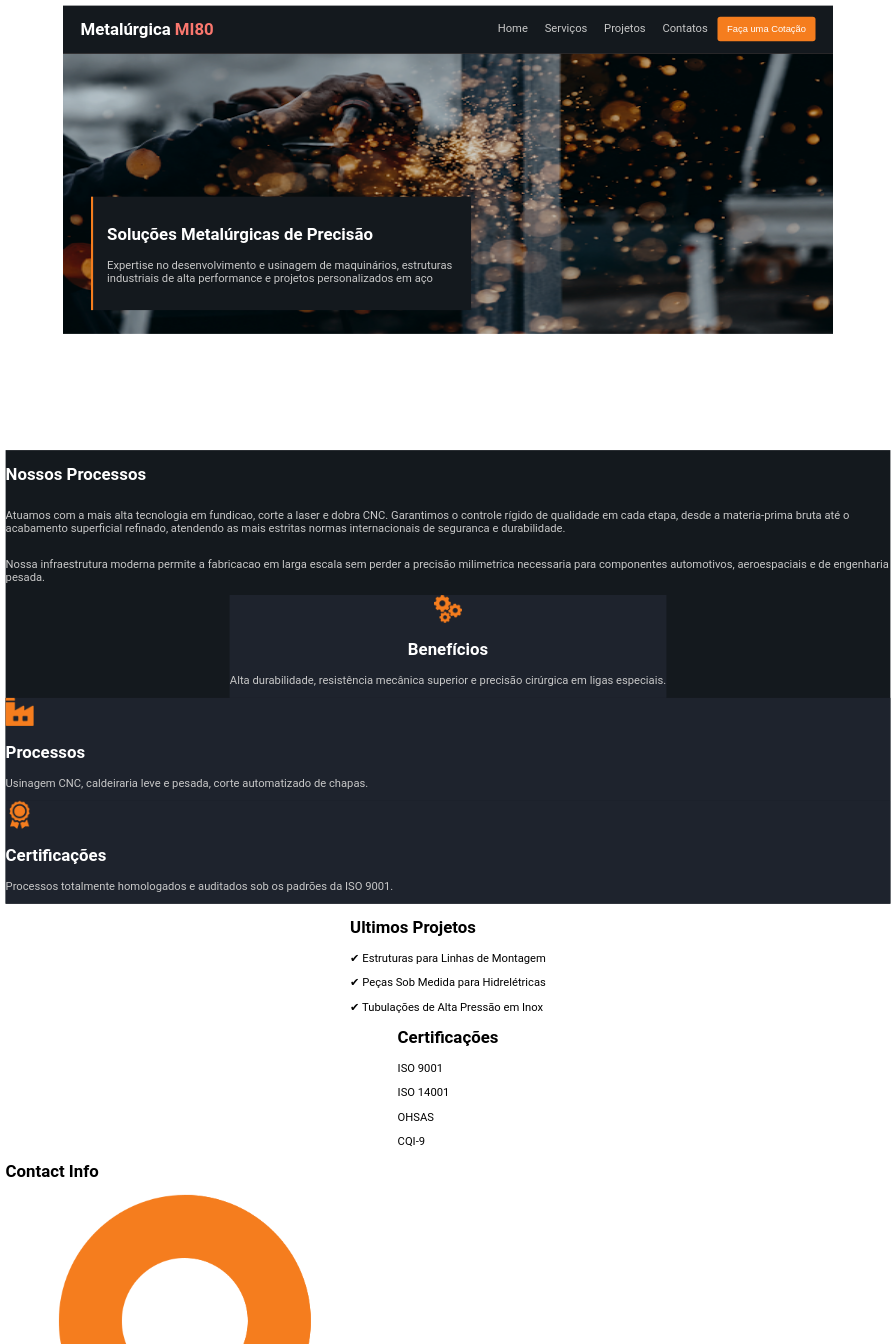
Repository: guiCherpinski/landing-page-metalurgica
Page: index.html
The author's editor kept a copy of each file at every save. The page is drawn from the files as they stood at one save, then again after the next save.
The browser window is 1280 px wide. The pictures show the part of the page from y = 0 to 1920 px (the page is 4657 px tall), at 70% of full size.

Above is the page before, as saved 2026-06-03 20:19:03.

### index.html
<!DOCTYPE html>
<html lang="pt-br">
<head>
    <meta charset="UTF-8">
    <meta name="viewport" content="width=device-width, initial-scale=1.0">
    <title>Metalúrgica</title>
    <link rel="stylesheet" href="style.css">
</head>
<body>
    <header>
        <nav>
            <h1>Metalúrgica <span>MI80</span></h1>

            <div class = "buttons">
                <a href="/">Home</a>
                <a href="/">Serviços</a>
                <a href="/">Projetos</a>
                <a href="/">Contatos</a>
                <button>Faça uma Cotação</button>
            </div>
        </nav>
    </header>

    <main>
        <section class = "hero-section">
            <img src="./img/homem-serrando.png" alt="Foto de um Soldador">
            <div class = "text-hero">
                <h2>Soluções Metalúrgicas de Precisão</h2>
                <p>Expertise no desenvolvimento e usinagem de maquinários, estruturas industriais de alta performance e projetos personalizados em aço</p>
            </div>
        </section>
    </main>

    <section class = "our-process">

        <h2>Nossos Processos</h2>

        <p>Atuamos com a mais alta tecnologia em fundicao, corte a laser e dobra CNC. Garantimos o
            controle rígido de qualidade em cada etapa, desde a materia-prima bruta até o acabamento
            superficial refinado, atendendo as mais estritas normas internacionais de seguranca e
            durabilidade.
        </p>

        <p>Nossa infraestrutura moderna permite a fabricacao em larga escala sem perder a precisão
            milimetrica necessaria para componentes automotivos, aeroespaciais e de engenharia
            pesada.
        </p>

        <article class = "article-benefits">
            <img src="./img/settings-gears.png" alt="Icone de engrenagens">
            <h2>Benefícios</h2>
            <p>Alta durabilidade, resistência mecânica superior e precisão cirúrgica em ligas especiais.</p>
        </article>

        <article class = "article-process">
            <img src="./img/industry.png" alt="Icone de industria">
            <h2>Processos</h2>
            <p>Usinagem CNC, caldeiraria leve e pesada, corte automatizado de chapas.</p>
        </article>

        <article class = "article-certificates">
            <img src="./img/medal.png" alt="Icone de medalha">
            <h2>Certificações</h2>
            <p>Processos totalmente homologados e auditados sob os padrões da ISO 9001.</p>
        </article>
    </section>

    <section class = "last-projects">
        <h2>Ultimos Projetos</h2>
        <p>✔ Estruturas para Linhas de Montagem </p>
        <p>✔ Peças Sob Medida para Hidrelétricas</p>
        <p>✔ Tubulações de Alta Pressão em Inox</p>
    </section>

    <section class = "certificates">
        <h2>Certificações</h2>
        <p>ISO 9001</p>
        <p>ISO 14001</p>
        <p>OHSAS</p>
        <p>CQI-9</p>
    </section>


    <footer class = "rodape">
        <section>
            <h2>Contact Info</h2>

            <article>
                <img src="./img/placeholder.png" alt="Icone pin">
                <p>Setor Industrial, Galpão 04</p>
            </article>

            <article>
                <img src="./img/phone-call.png" alt="Icone de telefone">
                <p>(31) 6553-3352</p>
            </article>

            <article>
                <img src="./img/email.png" alt="Icone email">
                <p>contato@metalurgica-exemplo.com</p>
            </article>
        </section>

        <section>
            <h2>Quick Links</h2>
            <p>Política de Privacidade</p>
            <p>Trabalhe Conosco</p>
            <p>Portal do Cliente</p>
        </section>

        <section>
            <h2>Social Media</h2>
            <img src="./img/linkedin.png" alt="Icone linkedin">
            <img src="./img/instagram.png" alt="Icone instagram">
            <img src="./img/facebook.png" alt="Icone facebook">
            <img src="./img/youtube.png" alt="Icone youtube">
        </section>
    </footer>


</body>
</html>

### style.css
body{
    font-family: 'Roboto' , sans-serif;
    justify-items: center;
    /*background: #0A0A14;*/
}

header{
    background: #14191E;
    width: 1100px;
    border-bottom: 1px solid #2D2929;
}

header h1{
    color: white;
}

header h1 span {
    color: #FA776E;
}

header nav {
    display: flex;
    align-items: center;
    justify-content: space-between;
    margin-left: 25px;
    margin-right: 25px;
}

header nav a {
    margin-left: 10px;
    margin-right: 10px;
    text-decoration: none;
    color: #C8C8C8;
}


header button {
    width:140px;
    height: 35px;
    background: #F57D1E;
    border: none;
    border-radius: 4px;
    color: white;
}

header button:hover{
    cursor: pointer;
    background:#CC5500;
}

.hero-section img{
    width: 1100px;
    height: 400px;
}

.text-hero{
    background: #14191E;
    border-left: 3px solid #F57D1E;
    width: 500px;
    padding: 20px;
    position: relative;
    bottom: 200px;
    left: 40px;
}

.text-hero h2{
    color: white;
}

.text-hero p{
    color: #c8c8c8;
}

.our-process{
    display: grid;
    background: #14191E;
}

.our-process h2{
    color: white;
}

.our-process p{
    color: #c8c8c8;
}

.our-process img{
    width: 40px;
    height: 40px;
}

.article-benefits{
    background: #1E232D;
    justify-items: center;
    justify-self: center;
    align-items: center;
}

.article-process{
    background: #1E232D;
}

.article-certificates{
    background: #1E232D;
}

After the next save:
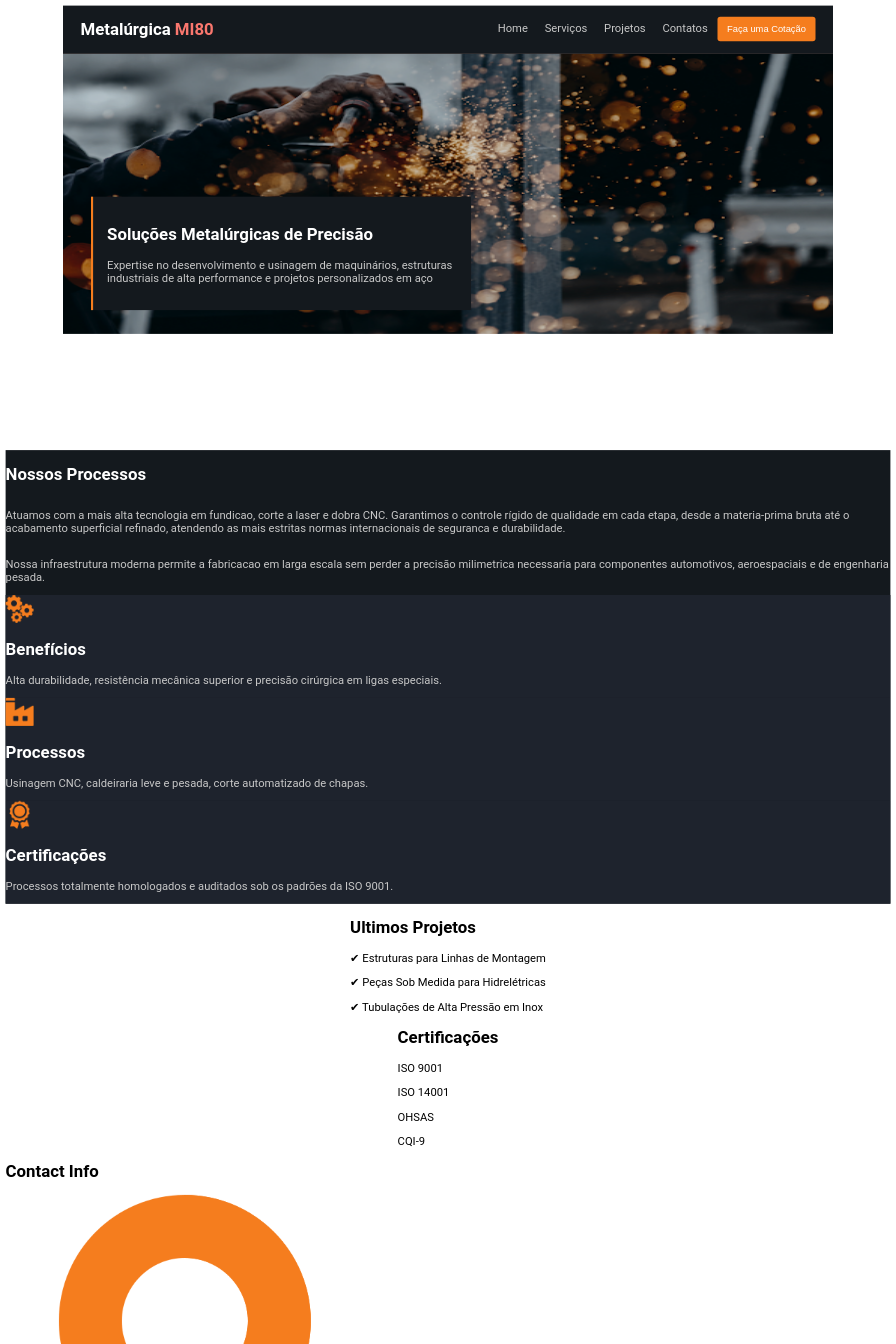
Saved 7 s later.
--- a/style.css
+++ b/style.css
@@ -91,9 +91,6 @@ header button:hover{
 
 .article-benefits{
     background: #1E232D;
-    justify-items: center;
-    justify-self: center;
-    align-items: center;
 }
 
 .article-process{
